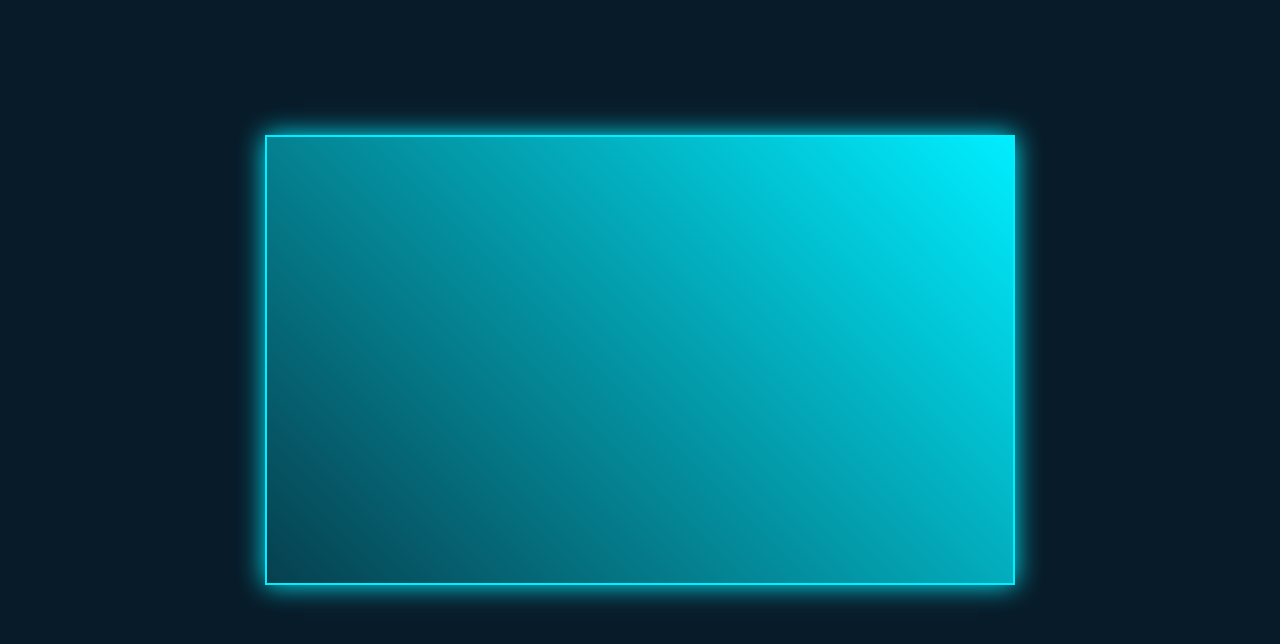
Repository: swastikjhacoder/Login-Registration-HTML
Page: index.html
The author's editor kept a copy of each file at every save. The page is drawn from the files as they stood at one save, then again after a run of saves.
The browser window is 1280 px wide. The pictures show the whole page.

Above is the page before, as saved 2023-09-18 16:08:51.
Not found: js/toastify.js

### index.html
<!DOCTYPE html>
<html lang="en">
  <head>
    <meta charset="UTF-8" />
    <meta http-equiv="X-UA-Compatible" content="IE=edge" />
    <meta name="viewport" content="width=device-width, initial-scale=1.0" />
    <title>Login</title>
    <link rel="shortcut icon" href="./images/favicon.png" />
    <link rel="stylesheet" href="style.css" />
    <link href='https://unpkg.com/boxicons@2.1.4/css/boxicons.min.css' rel='stylesheet'>
    <script src="./js/toastify.js"></script>
  </head>
  <body>
    <div class="wrapper">
        <span class="bg-animate1"></span>
        <span class="bg-animate2"></span>

        <div class="form-box login">
            <h2>Login</h2>
            <form action="#">
                <div class="input-box">
                    <input type="text" required/>
                    <label>Username</label>
                    <i class='bx bxs-user'></i>
                </div>
                <div class="input-box">
                    <input type="password" required/>
                    <label>Password</label>
                    <i class='bx bxs-lock-alt' ></i>
                </div>
                <button type="submit" class="btn">Login</button>
                <div class="logreg-link">
                    <p>Don't have an account? <a href="#" class="register-link">Sign Up</a></p>
                </div>
            </form>
        </div>
        <div class="info-text login">
            <h2>Welcome Back!</h2>
            <p>Lorem ipsum dolor sit amet consectetur adipisicing elit. Veritatis, itaque.</p>
        </div>

        <div class="form-box register">
            <h2>Sign Up</h2>
            <form action="#">
                <div class="input-box">
                    <input type="text" required/>
                    <label>Username</label>
                    <i class='bx bxs-user'></i>
                </div>
                <div class="input-box">
                    <input type="email" required/>
                    <label>Email</label>
                    <i class='bx bxs-envelope' ></i>
                </div>
                <div class="input-box">
                    <input type="password" required/>
                    <label>Password</label>
                    <i class='bx bxs-lock-alt' ></i>
                </div>
                <button type="submit" class="btn">Sign Up</button>
                <div class="logreg-link">
                    <p>Already have an account? <a href="#" class="login-link">Login</a></p>
                </div>
            </form>
        </div>

        <div class="info-text register">
            <h2>Welcome Back!</h2>
            <p>Lorem ipsum dolor sit amet consectetur adipisicing elit. Veritatis, itaque.</p>
        </div>
    </div>

  </body>
</html>

### style.css
@import url('https://fonts.googleapis.com/css2?family=Poppins:ital,wght@0,100;0,200;0,300;0,400;0,500;0,600;0,700;0,800;0,900;1,400&display=swap');

* {
    margin: 0;
    padding: 0;
    box-sizing: border-box;
    font-family: 'Poppins', sans-serif;
}

body {
    display: flex;
    justify-content: center;
    align-items: center;
    min-height: 100vh;
    background: #081b29;
}

.wrapper {
    position: relative;
    width: 750px;
    height: 450px;
    background: transparent;
    border: 2px solid #0ef;
    box-shadow: 0 0 25px #0ef;
    overflow: hidden;
}

.wrapper .form-box {
    position: absolute;
    top: 0;
    width: 50%;
    height: 100%;
    display: flex;
    flex-direction: column;
    justify-content: center;
}

.wrapper .form-box.login {
    left: 0;
    padding: 0 60px 0 40px;
    display: none;
}

.wrapper .form-box.register {
    right: 0;
    padding: 0 40px 0 60px;
    display: none;
}

.form-box h2 {
    font-size: 32px;
    color: #fff;
    text-align: center;
}

.form-box .input-box {
    position: relative;
    width: 100%;
    height: 50px;
    margin: 25px 0;
}

.input-box input {
    width: 100%;
    height: 100%;
    background: transparent;
    border: none;
    outline: none;
    border-bottom: 2px solid #fff;
    padding-right: 23px;
    font-size: 16px;
    color: #fff;
    font-weight: 500;
    transition: .5s;
}

.input-box input:focus,
.input-box input:valid {
    border-bottom-color: #0ef;
}

.input-box label {
    position: absolute;
    top: 50%;
    left: 0;
    transform: translateY(-50%);
    font-size: 16px;
    color: #fff;
    pointer-events: none;
    transition: .5s;
}

.input-box input:focus~label,
.input-box input:valid~label {
    top: -5px;
    color: #0ef
}

.input-box i {
    position: absolute;
    top: 50%;
    right: 0;
    transform: translateY(-50%);
    font-size: 18px;
    color: #fff;
    transition: .5s;
}

.input-box input:focus~i,
.input-box input:valid~i {
    color: #0ef
}

.btn {
    position: relative;
    width: 100%;
    height: 45px;
    background: transparent;
    border: 2px solid #0ef;
    outline: none;
    border-radius: 40px;
    cursor: pointer;
    font-size: 16px;
    color: #fff;
    font-weight: 600;
    z-index: 1;
    overflow: hidden;
}

.btn::before {
    content: '';
    position: absolute;
    top: -100%;
    left: 0;
    width: 100%;
    height: 300%;
    background: linear-gradient(#081b29, #0ef, #081b29, #0ef);
    z-index: -1;
    transition: .5s;
}

.btn:hover::before {
    top: 0;
}

.form-box .logreg-link {
    font-size: 14.5px;
    color: #fff;
    text-align: center;
    margin: 20px 0 10px;
}

.logreg-link p a {
    color: #0ef;
    text-decoration: none;
    font-weight: 600;
}

.logreg-link p a:hover {
    text-decoration: underline;
}

.wrapper .info-text {
    position: absolute;
    top: 0;
    width: 50%;
    height: 100%;
    display: flex;
    flex-direction: column;
    justify-content: center;
}

.wrapper .info-text.login {
    right: 0;
    text-align: right;
    padding: 0 40px 60px 150px;
    display: none;
}
.wrapper .info-text.register {
    left: 0;
    text-align: left;
    padding: 0 150px 60px 40px;
    display: none;
}

.info-text h2 {
    font-size: 36px;
    color: #fff;
    line-height: 1.3;
    text-transform: uppercase;
}

.info-text p {
    font-size: 16px;
    color: #fff;
}

.wrapper .bg-animate1 {
    position: absolute;
    top: -4px;
    right: 0;
    width: 850px;
    height: 600px;
    background: linear-gradient(45deg, #081b29, #0ef);
    border-bottom: 3px solid #0ef;
    /* transform: rotate(10deg) skewY(40deg); */
    transform: rotate(0) skewY(0);
    transform-origin: bottom right;
}

.wrapper .bg-animate2 {
    position: absolute;
    top: 100%;
    left: 250px;
    width: 850px;
    height: 700px;
    background: #081b29;
    border-top: 3px solid #0ef;
    /* transform: rotate(-11deg) skewY(-40deg); */
    transform: rotate(0) skewY(0);
    transform-origin: bottom left;
}

After the next 2 saves:
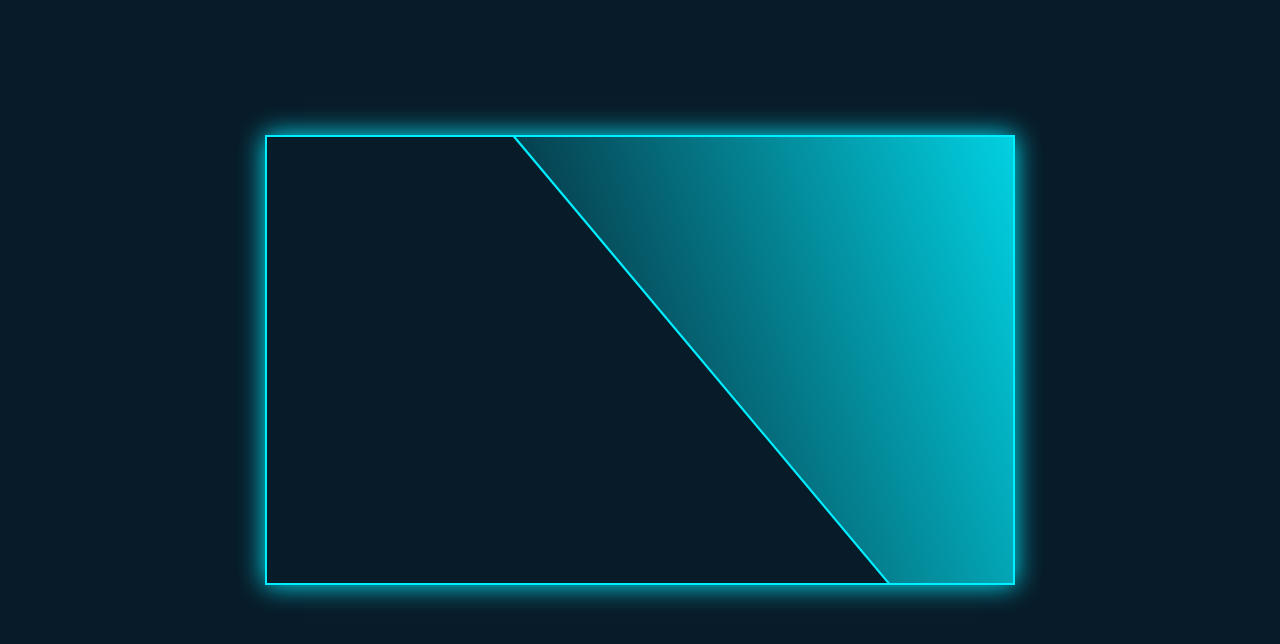
The 2 saves are shown as one change because they came seconds apart.
The last was saved 47 s later.
--- a/style.css
+++ b/style.css
@@ -203,8 +203,8 @@ body {
     height: 600px;
     background: linear-gradient(45deg, #081b29, #0ef);
     border-bottom: 3px solid #0ef;
-    /* transform: rotate(10deg) skewY(40deg); */
-    transform: rotate(0) skewY(0);
+    transform: rotate(10deg) skewY(40deg);
+    /* transform: rotate(0) skewY(0); */
     transform-origin: bottom right;
 }
 
